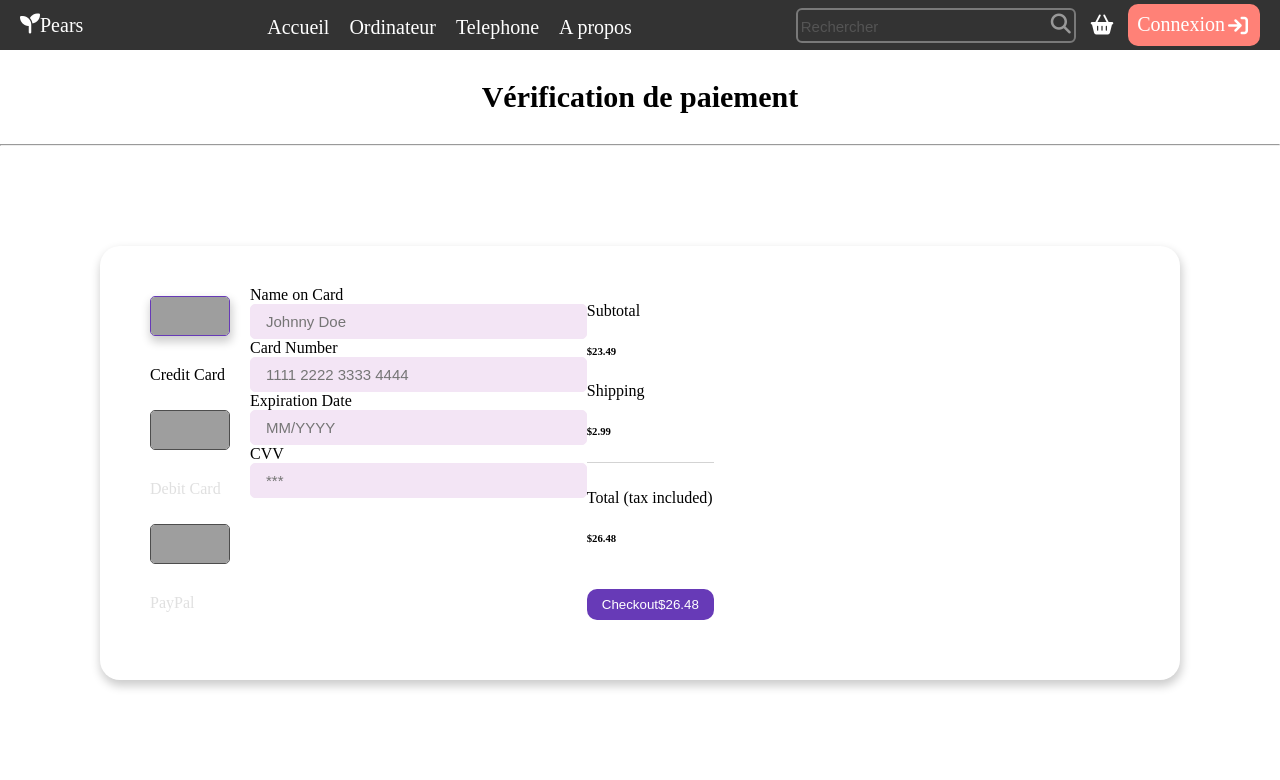
Repository: Kakouuu/PPE1-iPear
Page: http://localhost/Stage/verifpaiement.php
The author's editor kept a copy of each file at every save. The page is drawn from the files as they stood at one save, then again after the next save.
The browser window is 1280 px wide. The pictures show the whole page.
Pictures or frames that could not be fetched are drawn as grey boxes. Some web libraries are served in a nearby version. The page is run by PHP 8.4 with error messages shown; the project is at /var/www/html/.

Above is the page before, as saved 2023-04-28 16:26:03.

After the next save:
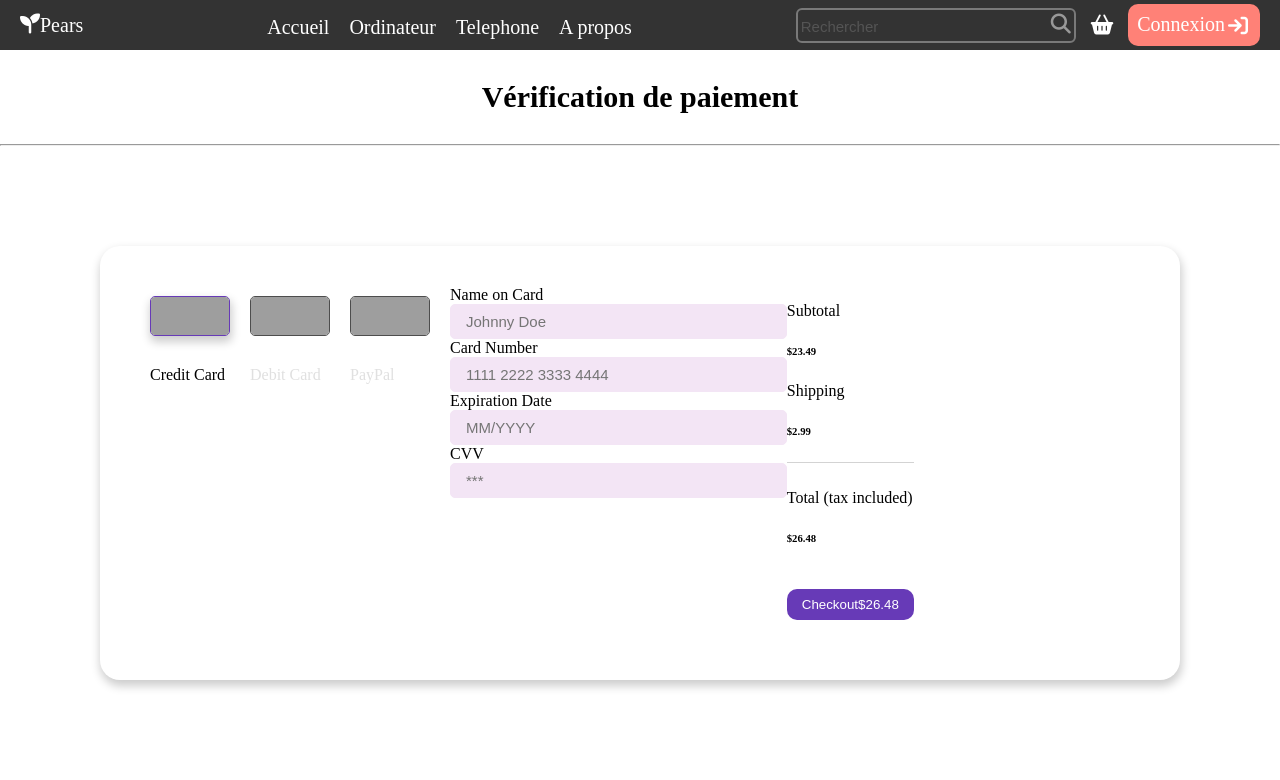
Saved 3 min 50 s later.
--- a/verifpaiement.php
+++ b/verifpaiement.php
@@ -28,7 +28,7 @@
         <div class="col-lg-12">
             <div class="card" style="display : flex;">
                 <div class="row" style="display : flex;">
-                    <div class="col-lg-3 radio-group">
+                    <div class="col-lg-3 radio-group" style="display :flex;">
                         <div class="row d-flex px-3 radio"> <img class="pay" src="https://i.imgur.com/WIAP9Ku.jpg">
                             <p class="my-auto">Credit Card</p>
                         </div>
